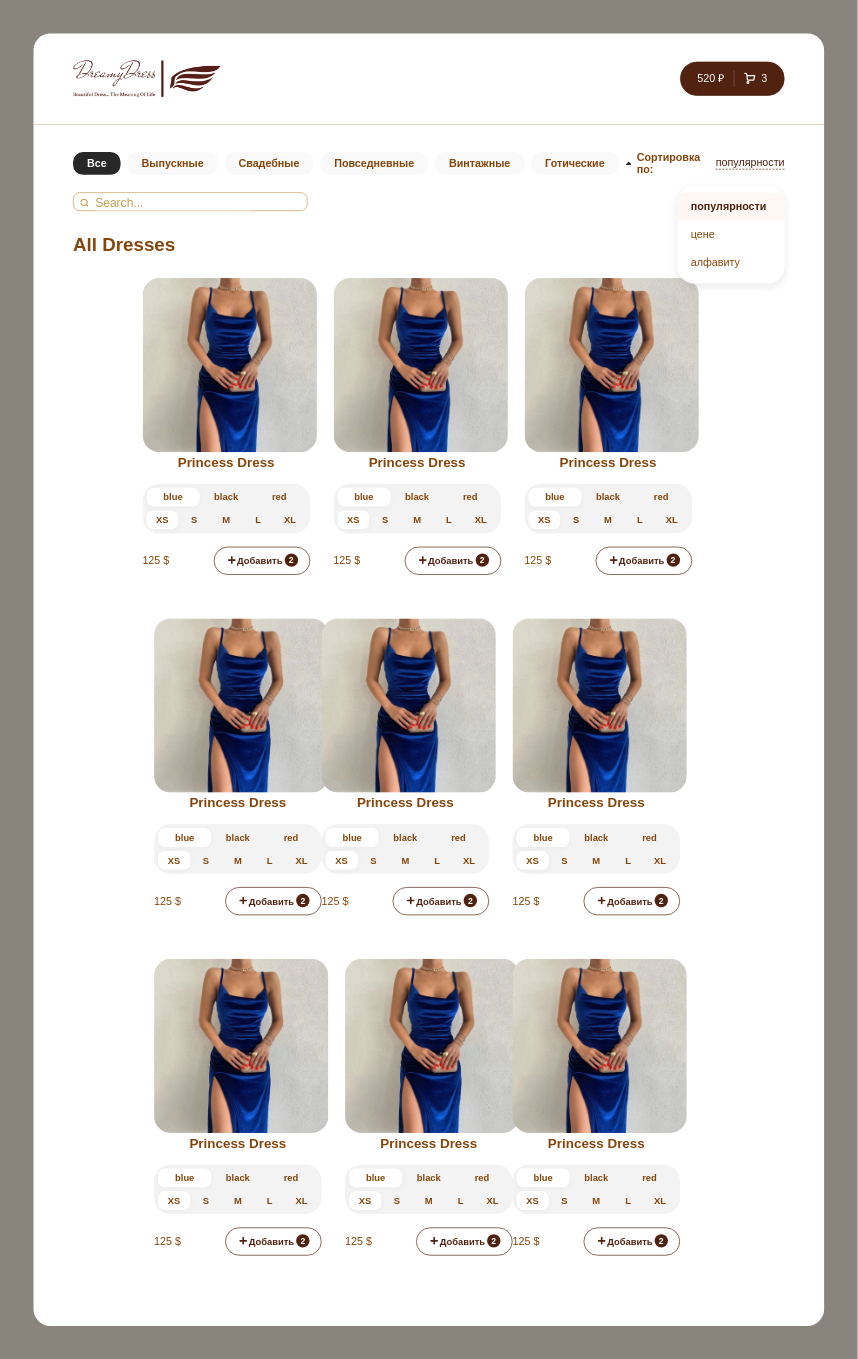
Repository: DisasterWoman/SPA-shop
Page: /
An editor plug-in stored every save of this project. The page is shown before and after a run of saves, followed by the edit.
The browser window is 1280 px wide. The pictures show the whole page, at 67% of full size.
Some web fonts or font styles are not loaded; a fallback is used. The project was rebuilt for these pictures with package versions that can differ from the ones it lists, and the page was loaded fresh each time.

Above is the page before, as saved 2022-11-29 18:18:40.

After the next 3 saves:
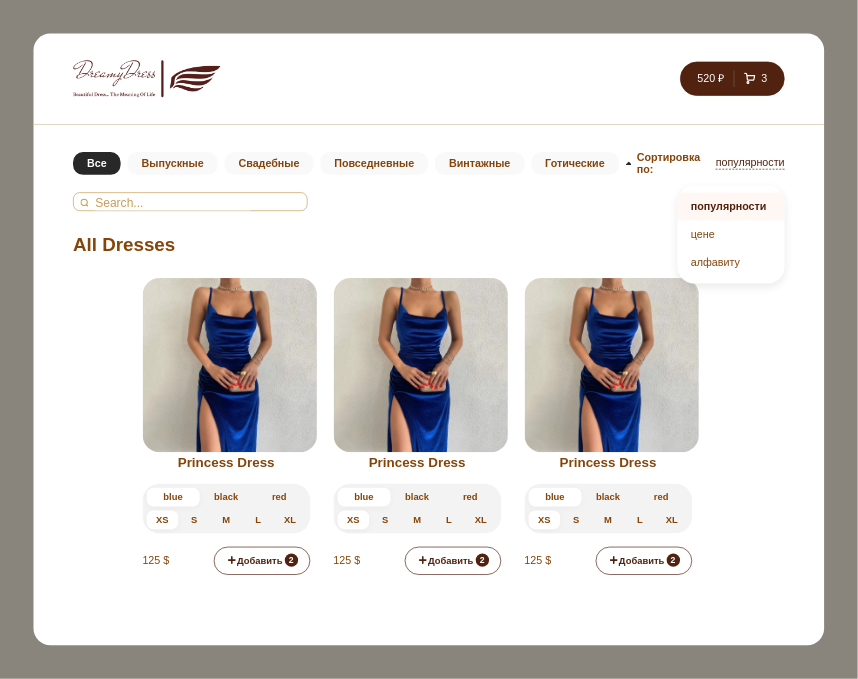
The 3 saves are shown as one change because they came seconds apart.
The last was saved 22 s later.
--- a/src/App.js
+++ b/src/App.js
@@ -21,12 +21,6 @@ function App() {
             <DressBlock />
             <DressBlock />
             <DressBlock />
-            <DressBlock />
-            <DressBlock />
-            <DressBlock />
-            <DressBlock />
-            <DressBlock />
-            <DressBlock />
           </div>
         </div>
       </div>
